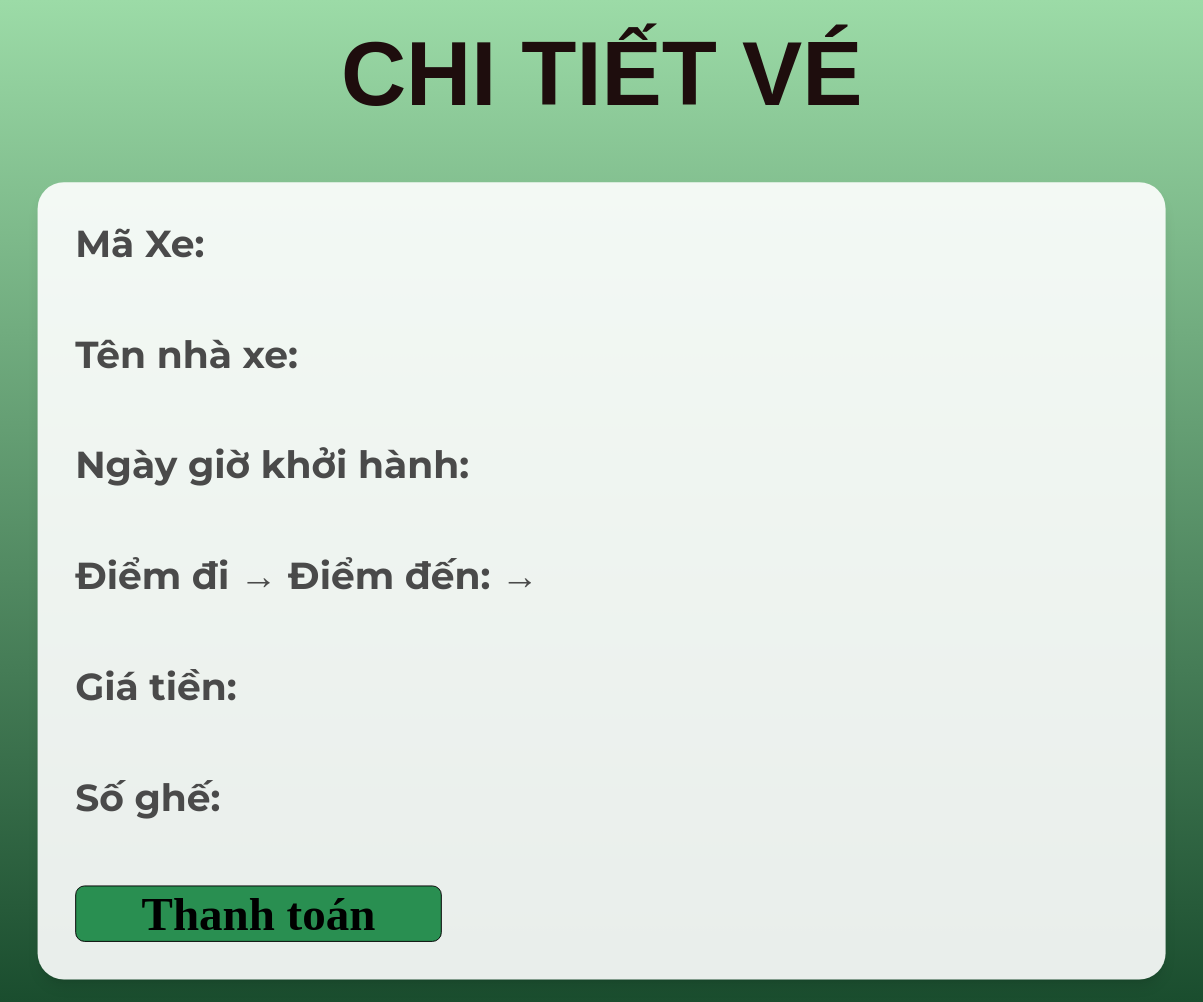
Repository: LearningSan/qlnxBE
Page: Loginservlet/src/main/webapp/Datvexe/chitietdatve.html
These files come from the project's save history. The page is drawn as it stood at one moment and after the next save; the edit follows.
The browser window is 1280 px wide. The pictures show the whole page, at 94% of full size.
Some web fonts or font styles are not loaded; a fallback is used.

Above is the page before, as saved 2025-05-16 07:31:34.

### Loginservlet/src/main/webapp/Datvexe/chitietdatve.html
<!DOCTYPE html>
<html lang="vi">

<head>
    <meta charset="UTF-8">
    <meta name="viewport" content="width=device-width, initial-scale=1.0">
    <title>Thông Tin Vé Xe</title>
    <link rel="stylesheet" href="chitietdatvestyle.css">
    <link
        href="https://fonts.googleapis.com/css2?family=Montserrat+Alternates:wght@700&family=Montserrat:wght@400;700&display=swap"
        rel="stylesheet">
</head>

<body>
    <main class="ticket-container">
        <div class="ticket-wrapper">
            <header>
                <h1 class="ticket-title">CHI TIẾT VÉ</h1>
            </header>
            <section class="ticket-card">
                <div class="ticket-details">
                    <div class="ticket-info bus-code">Mã Xe: <span id="maxe"></span></div>
                    <div class="ticket-info company-name">Tên nhà xe: <span id="tennhaxe"></span></div>
                    <div class="ticket-info departure-time">Ngày giờ khởi hành: <span
                            id="thoigiankhoihanh"></span></div>
                    <div class="ticket-info route">
                        Điểm đi → Điểm đến:
                        <span id="diemdi"></span> → <span id="diemden"></span>
                    </div>
                    <div class="ticket-info price">Giá tiền: <span id="giatien"></span></div>
                    <div class="ticket-info seat-number">Số ghế: <span id="soghe"></span></div>

                    <input type="submit" class="thanhtoan" value="Thanh toán">
                </div>
            </section>
        </div>
    </main>
</body>

</html>

### Loginservlet/src/main/webapp/Datvexe/chitietdatvestyle.css
/* Base styles */
* {
  margin: 0;
  padding: 0;
  box-sizing: border-box;
}

body {
  font-family: 'Montserrat', sans-serif;
  min-height: 100vh;
}

/* Main container */
.ticket-container {
  position: relative;
  width: 100%;
  min-height: 100vh;
  background: linear-gradient(to bottom, #9CDBA7, #1A4D2E);
  padding: 24px;
}

/* Ticket wrapper */
.ticket-wrapper {
  position: relative;
  z-index: 10;
  max-width: 1200px;
  margin-left: auto;
  margin-right: auto;
}

/* Ticket title */
.ticket-title {
  font-size: 96px;
  color: #1E0D0D;
  font-family: 'Montserrat Alternates', sans-serif;
  font-weight: 700;
  text-align: center;
  margin-bottom: 60px;
}

/* Ticket card */
.ticket-card {
  background-color: rgba(255, 255, 255, 0.9);
  border-radius: 28px;
  padding: 40px;
  box-shadow: 0 10px 15px -3px rgba(0, 0, 0, 0.1), 0 4px 6px -4px rgba(0, 0, 0, 0.1);
}

/* Ticket details */
.ticket-details {
  display: flex;
  flex-direction: column;
  gap: 69px;
}

/* Ticket info items */
.ticket-info {
  font-size: 40px;
  color: #4A4A4A;
  font-family: 'Montserrat', sans-serif;
  font-weight: 700;
}

/* Additional info section */
.ticket-additional-info {
  margin-top: 40px;
  height: 438px;
  border: 1px solid #262323;
  border-radius: 28px;
  background-color: #ffffff;
}

/* Responsive styles */
@media (max-width: 991px) {
  .ticket-container {
    padding: 20px;
  }

  .ticket-title {
    font-size: 72px;
  }

  .ticket-card {
    padding: 32px;
  }

  .ticket-details {
    gap: 40px;
  }

  .ticket-info {
    font-size: 32px;
  }
}

@media (max-width: 640px) {
  .ticket-container {
    padding: 16px;
  }

  .ticket-title {
    font-size: 48px;
    margin-bottom: 40px;
  }

  .ticket-card {
    padding: 24px;
  }

  .ticket-details {
    gap: 24px;
  }

  .ticket-info {
    font-size: 24px;
  }
}
/* Base styles */
* {
  margin: 0;
  padding: 0;
  box-sizing: border-box;
}

body {
  font-family: 'Montserrat', sans-serif;
  min-height: 100vh;
}

/* Main container */
.ticket-container {
  position: relative;
  width: 100%;
  min-height: 100vh;
  background: linear-gradient(to bottom, #9CDBA7, #1A4D2E);
  padding: 24px;
}

/* Ticket wrapper */
.ticket-wrapper {
  position: relative;
  z-index: 10;
  max-width: 1200px;
  margin-left: auto;
  margin-right: auto;
}

/* Ticket title */
.ticket-title {
  font-size: 96px;
  color: #1E0D0D;
  font-family: 'Montserrat Alternates', sans-serif;
  font-weight: 700;
  text-align: center;
  margin-bottom: 60px;
}

/* Ticket card */
.ticket-card {
  background-color: rgba(255, 255, 255, 0.9);
  border-radius: 28px;
  padding: 40px;
  box-shadow: 0 10px 15px -3px rgba(0, 0, 0, 0.1), 0 4px 6px -4px rgba(0, 0, 0, 0.1);
}

/* Ticket details */
.ticket-details {
  display: flex;
  flex-direction: column;
  gap: 69px;
}

/* Ticket info items */
.ticket-info {
  font-size: 40px;
  color: #4A4A4A;
  font-family: 'Montserrat', sans-serif;
  font-weight: 700;
}

/* Additional info section */
.ticket-additional-info {
  margin-top: 40px;
  height: 438px;
  border: 1px solid #262323;
  border-radius: 28px;
  background-color: #ffffff;
}

/* Responsive styles */
@media (max-width: 991px) {
  .ticket-container {
    padding: 20px;
  }

  .ticket-title {
    font-size: 72px;
  }

  .ticket-card {
    padding: 32px;
  }

  .ticket-details {
    gap: 40px;
  }

  .ticket-info {
    font-size: 32px;
  }
}

@media (max-width: 640px) {
  .ticket-container {
    padding: 16px;
  }

  .ticket-title {
    font-size: 48px;
    margin-bottom: 40px;
  }

  .ticket-card {
    padding: 24px;
  }

  .ticket-details {
    gap: 24px;
  }

  .ticket-info {
    font-size: 24px;
  }
}
.thanhtoan{
  font-size: 50px;
  font-weight: 700;
  font-family: 'Taviraj', serif;
  color: #000;
  text-align: center;
  background-color: #298f51;
  border-radius: 10px;
  border: 1px solid  ;
  padding: var(--spacing-md);
  width: 390px;
  cursor: pointer;
}

After the next save:
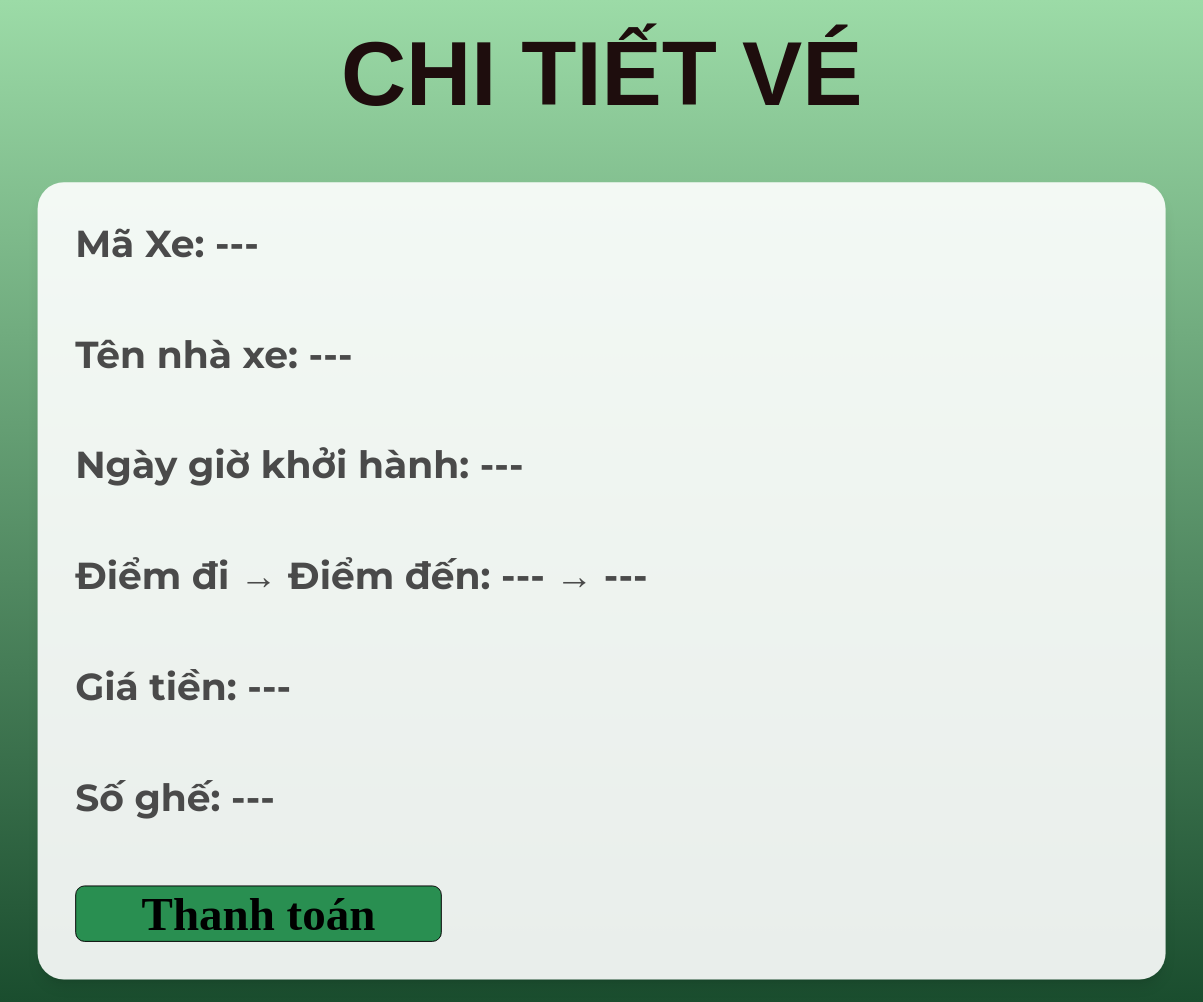
Saved 7 min 41 s later.
--- a/Loginservlet/src/main/webapp/Datvexe/chitietdatve.html
+++ b/Loginservlet/src/main/webapp/Datvexe/chitietdatve.html
@@ -36,5 +36,27 @@
         </div>
     </main>
 </body>
+<script>
+document.addEventListener('DOMContentLoaded', () => {
+    const params = new URLSearchParams(window.location.search);
 
+    // Get parameters from URL
+    const maxe = params.get('maxe');
+    const tennhaxe = params.get('tennhaxe');
+    const thoigiankhoihanh = params.get('thoigiankhoihanh');
+    const diemdi = params.get('diemdi');
+    const diemden = params.get('diemden');
+    const giatien = params.get('giatien');
+    const soghe = params.get('maghe'); // nếu param là "maghe" từ chonghe.html
+
+    // Insert into HTML
+    document.getElementById('maxe').textContent = maxe || '---';
+    document.getElementById('tennhaxe').textContent = tennhaxe || '---';
+    document.getElementById('thoigiankhoihanh').textContent = thoigiankhoihanh || '---';
+    document.getElementById('diemdi').textContent = diemdi || '---';
+    document.getElementById('diemden').textContent = diemden || '---';
+    document.getElementById('giatien').textContent = giatien || '---';
+    document.getElementById('soghe').textContent = soghe || '---';
+});
+</script>
 </html>
